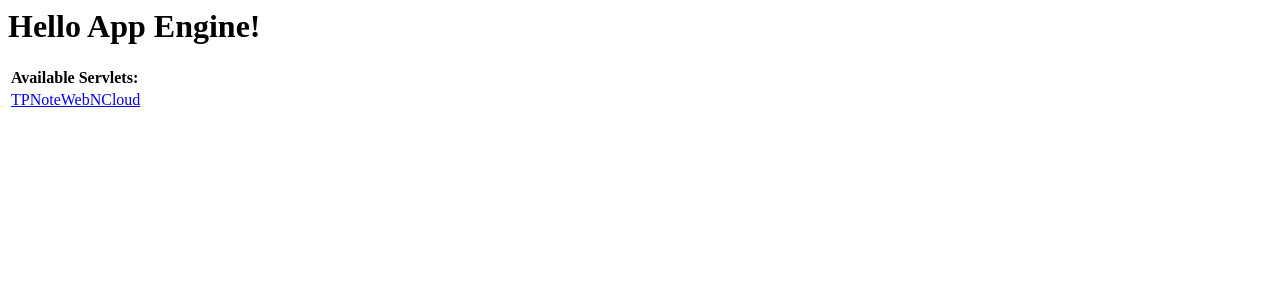
Repository: orichalque/M1
Page: TPNote/TPNoteWebNCloud/war/index.html
The author's editor kept a copy of each file at every save. The page is drawn from the files as they stood at one save, then again after the next save.
The browser window is 1280 px wide. The pictures show the whole page.
Some web libraries are served in a nearby version.

Above is the page before, as saved 2015-11-18 08:42:48.

After the next save:
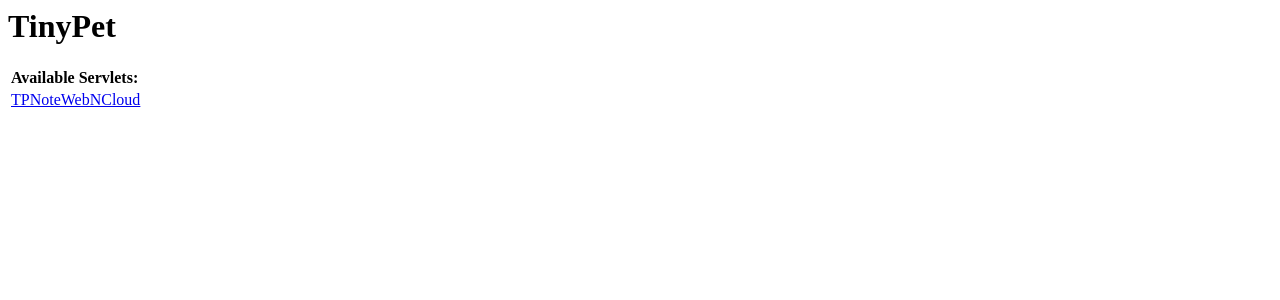
Saved 3 min 59 s later.
--- a/TPNote/TPNoteWebNCloud/war/index.html
+++ b/TPNote/TPNoteWebNCloud/war/index.html
@@ -9,11 +9,11 @@
 <html>
   <head>
     <meta http-equiv="content-type" content="text/html; charset=UTF-8">
-    <title>Hello App Engine</title>
+    <title>TinyPet</title>
   </head>
 
   <body>
-    <h1>Hello App Engine!</h1>
+    <h1>TinyPet</h1>
 
     <table>
       <tr>
